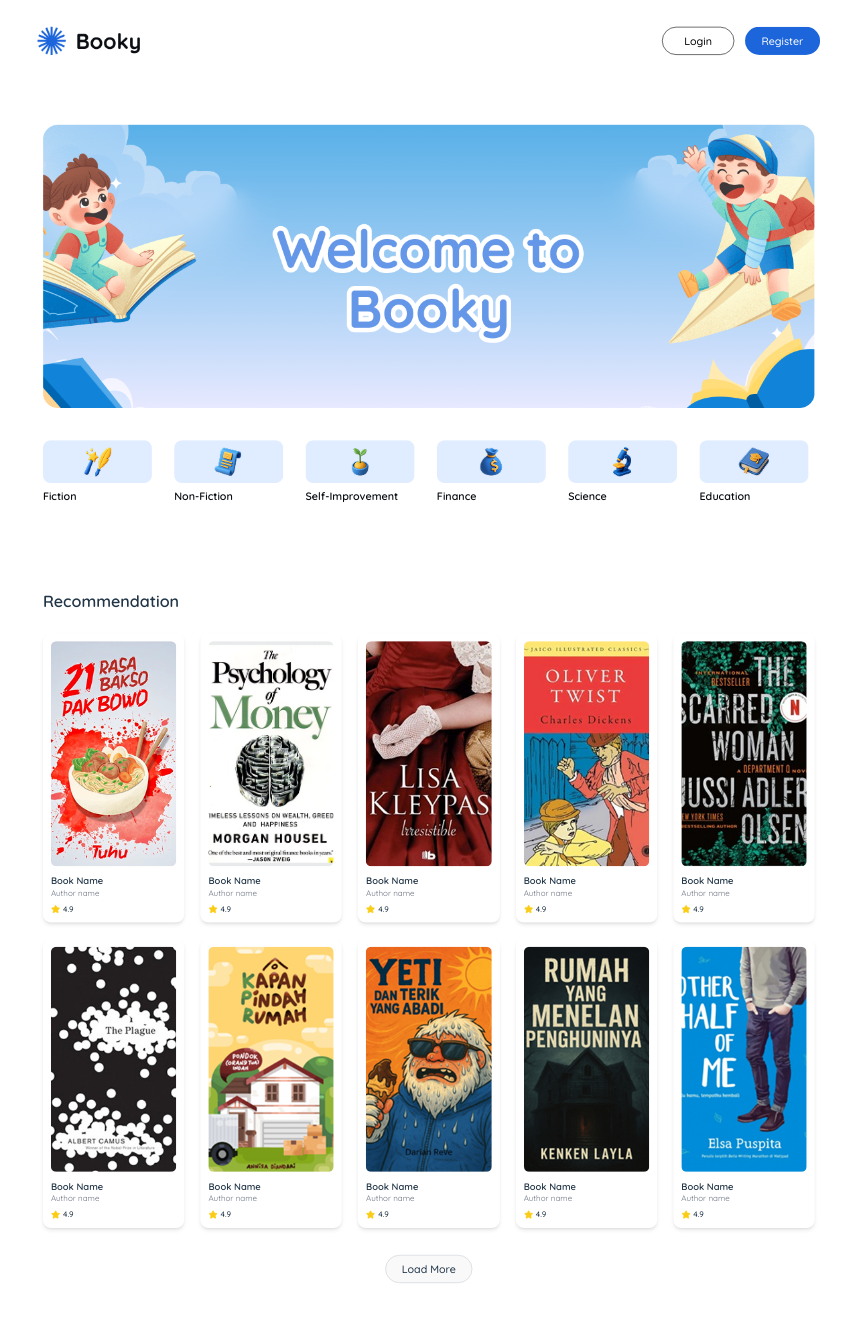
Repository: faridsyafaat/library-app
Page: /
These files come from the project's save history. The page is drawn as it stood at one moment and after the next save; the edit follows.
The browser window is 1280 px wide. The pictures show the whole page, at 67% of full size.
The project was rebuilt for these pictures with package versions that can differ from the ones it lists, and the page was loaded fresh each time. Also part of the build but not shown: vite.config.ts, src/pages/Login.tsx, src/pages/Register.tsx.

Above is the page before, as saved 2025-11-24 20:16:19.

After the next save:
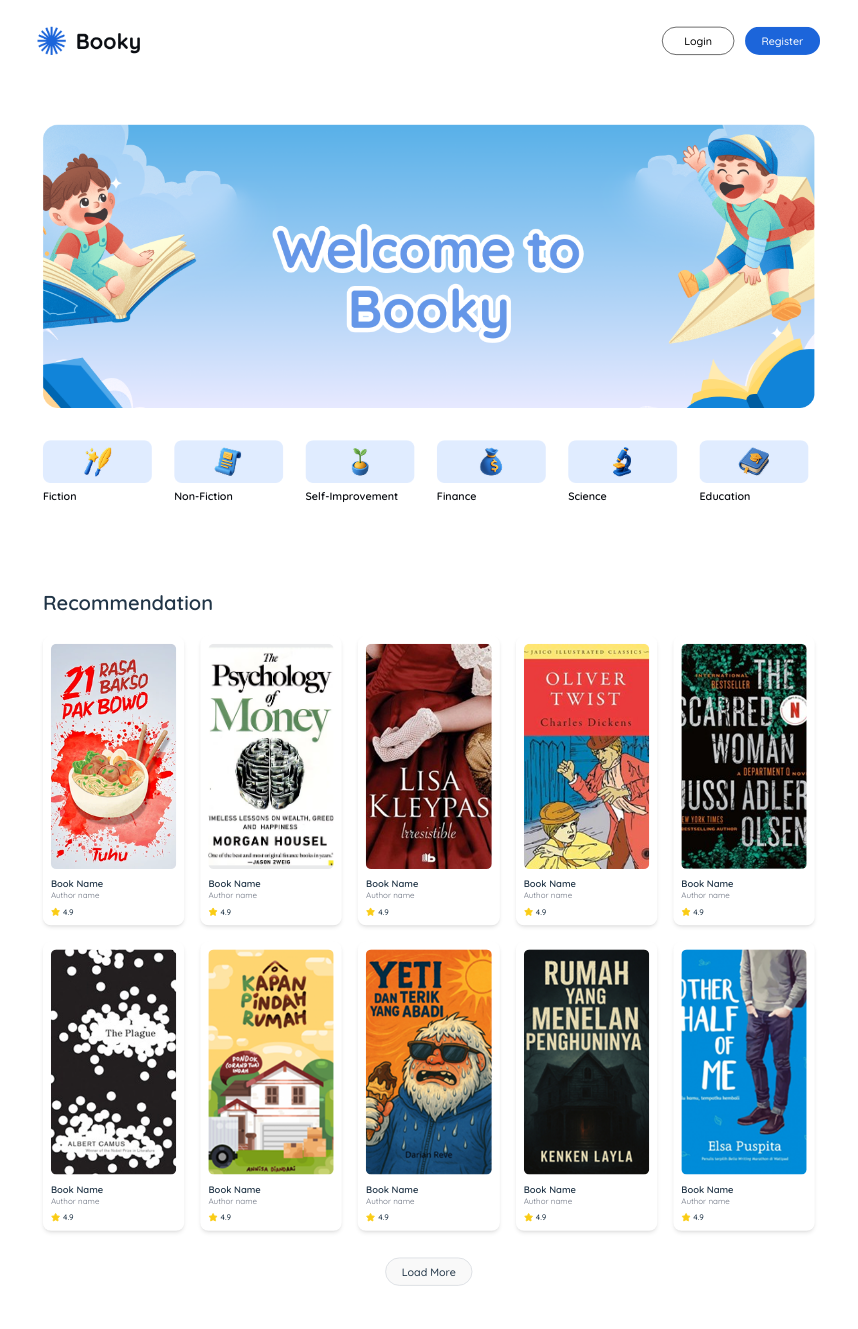
Saved 40 s later.
--- a/src/components/sections/RecommendationSection.tsx
+++ b/src/components/sections/RecommendationSection.tsx
@@ -69,7 +69,7 @@
       <div className="container mx-auto px-6">
 
         {/* Title */}
-        <h2 className="text-2xl font-semibold mb-8">Recommendation</h2>
+        <h2 className="text-3xl font-semibold mb-8">Recommendation</h2>
 
         {/* Grid Books */}
         <div className="grid grid-cols-2 sm:grid-cols-3 md:grid-cols-5 gap-6">
